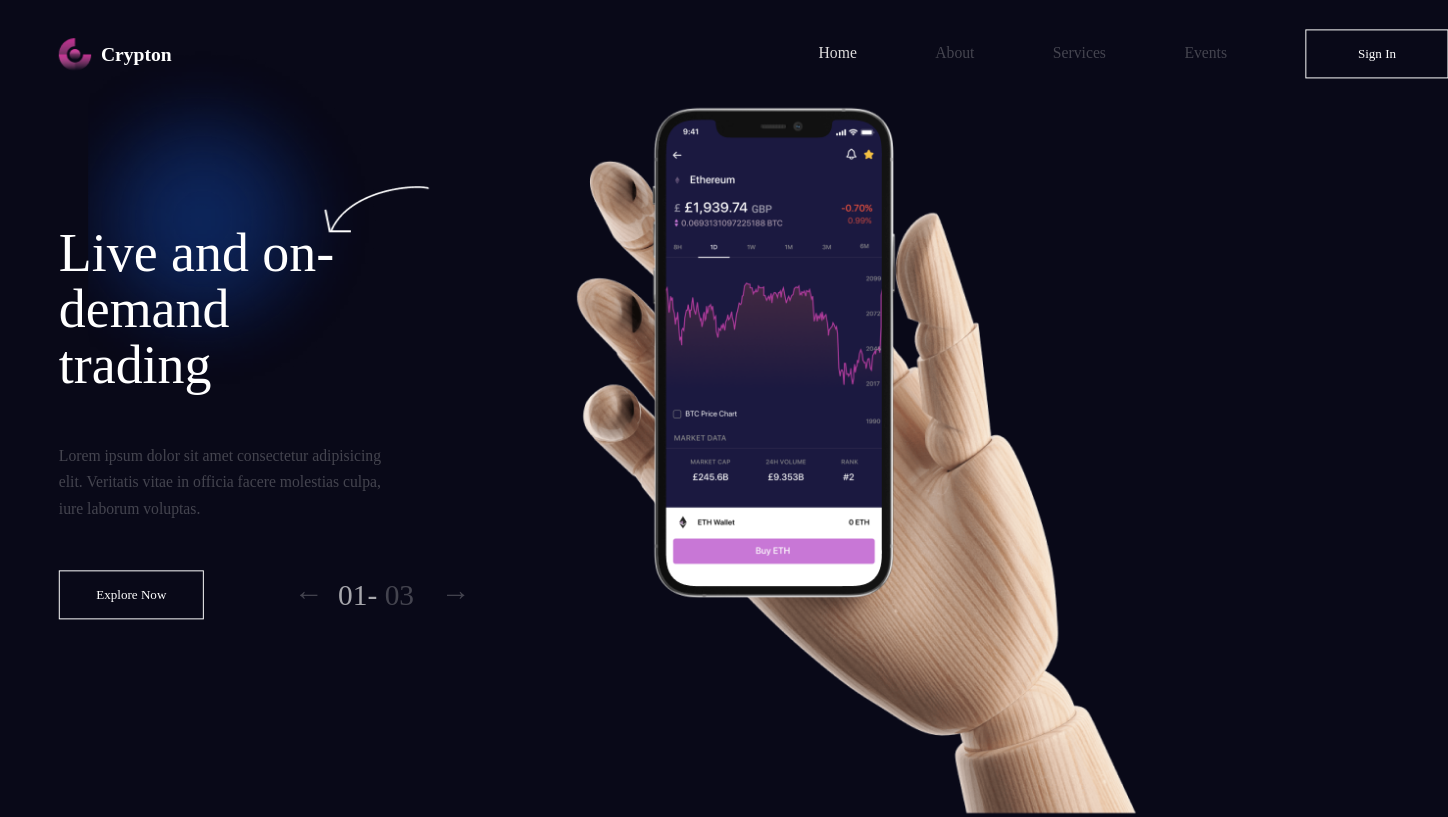
Repository: isaacCodes1/Crypton-Website
Page: index.html
These files come from the project's save history. The page is drawn as it stood at one moment and after the next save; the edit follows.
The browser window is 1280 px wide. The page is 1478 px wide, so the pictures cover 1478 px, including what lies to the right of the window. The pictures show the whole page, at 98% of full size.

Above is the page before, as saved 2024-05-14 20:53:05.

### index.html
<!DOCTYPE html>
<html lang="en">
  <head>
    <meta charset="UTF-8" />
    <meta name="viewport" content="width=device-width, initial-scale=1.0" />
    <link rel="stylesheet" href="style.css" />
    <title>Crypton HomePage</title>
  </head>
  <body>
    <header>
      <nav>
        <div class="headerGen">
          <div class="logo">
            <img class="logoImage" src="/Assets/Group 605.png" alt="" />
            <p class="logoText">Crypton</p>
            <ul>
              <li>Home</li>
              <li style="color: #d6d5d54a">About</li>
              <li style="color: #d6d5d54a">Services</li>
              <li style="color: #d6d5d54a">Events</li>
              <button class="sign">Sign In</button>
            </ul>
          </div>
        </div>
      </nav>
    </header>
    <section>
      <div class="firstSectionGeneral">
        <div class="liveTexts">
          <h1 class="liveText"><span><img class="shadow" src="/Assets/shadow.png" alt=""></span><span><img class="arrow" src="/Assets/Arrow_03.png" alt=""></span>Live and on-demand trading</h1>
          <p class="lorem">
            Lorem ipsum dolor sit amet consectetur adipisicing elit. Veritatis
            vitae in officia facere molestias culpa, iure laborum voluptas.
          </p>
          <button class="explore">Explore Now</button>
          <span class="rArrow">&#8592;</span>
          <p class="innerP">01- <span class="theBrownNumber">03</span></p>
          <span class="lArrow">&#8594;</span>
        </div>
      </div>
    </section>
    <section>
      <div class="handDiv">
        <div class="woodenHand">
          <img class="wood" src="/Assets/iPhone 12 Pro (Wooden Hands).png
          " alt="">
          <img src="/Assets/Hand.png" alt="">
        </div>
      </div>
    </section>
  </body>
</html>

### style.css
    * {
    margin: 0;
    padding: 0;
    box-sizing: border-box;
    font-family: "poppins";
    }
body{
    background-color: rgb(9, 9, 24);
}
/* NavBar */
.logo {
    display: flex;
    align-items: center;
    gap: 10px;
    padding-top: 30px;
    margin-left: 60px;
    margin-bottom: 150px;
    cursor: pointer;
}
.logoText{
    font-size: 20px;
    color: #fff;
    margin-right: 650px;
    font-weight: 600;
}
.logo ul{
    display: flex;
    color: #dedcdc;
    list-style: none;
    gap: 80px;
    display: flex;
    align-items: center;
    cursor: pointer;
}
    .logo ul li {
        list-style: none;
        display: inline-block;
        /* padding: 8px 12px; */
        position: relative;
    }
    .logo ul li::after {
        content: "";
        width: 0%;
        height: 2px;
        background: #fff;
        display: block;
        margin: auto;
        transition: 0.5s;
    }
    .logo ul li:hover::after {
        width: 70%;
    }

.sign{
    width: 146px;
    height: 50px;
    border: 1px solid #fff;
    background: transparent;
    color: #fff;
    cursor: pointer;
}
/* Landing Page */
.liveTexts{
    /* display: flex; */
}
.liveText{
    display: flex;
    flex-direction: column;
    font-size: 55px;
    width: 340px;
    line-height: 57px;
    color: #fff;
    margin-left: 60px;
    font-weight: normal;
    margin-bottom: 50px;
}
.shadow{
    width: 25%;
    position: absolute;
    top: 20px;
    left: 90px;
    z-index: -1;
}
.lorem{
    color: #d6d5d54a;
    width: 27%;
    margin-left: 60px;
    line-height: 27px;
    margin-bottom: 50px;
}
.explore{
    margin-left: 60px;
    width: 148px;
    height: 50px;
    background: transparent;
    color: #fff;
    border: 1px solid #fff;
}
.arrow{
    position: absolute;
    top: 120px;
    left: 290px;
}
.rArrow{
    position: absolute;
    font-size: 30px;
    top: 585px;
    left: 300px;
    margin-right: 200px;
    color: #d6d5d54a;
    display: flex;
    align-items: center;
}
.lArrow{
    position: absolute;
    font-size: 30px;
    top: 585px;
    left: 450px;
    color: #d6d5d54a;
    display: flex;
    align-items: center;
}
.innerP{
    position: absolute;
    left: 345px;
    top: 590px;
    color: #ffffffa4;
    font-size: 30px;
}
.theBrownNumber{
    color: #d6d5d54a;
}
/* Wooden Hand Image */
.handDiv{
    display: flex;
    position: absolute;
    top: 150px;
    right: 120px;
}
.wood{
    position: absolute;
    right: 246px;
    top: -40px;
}

After the next save:
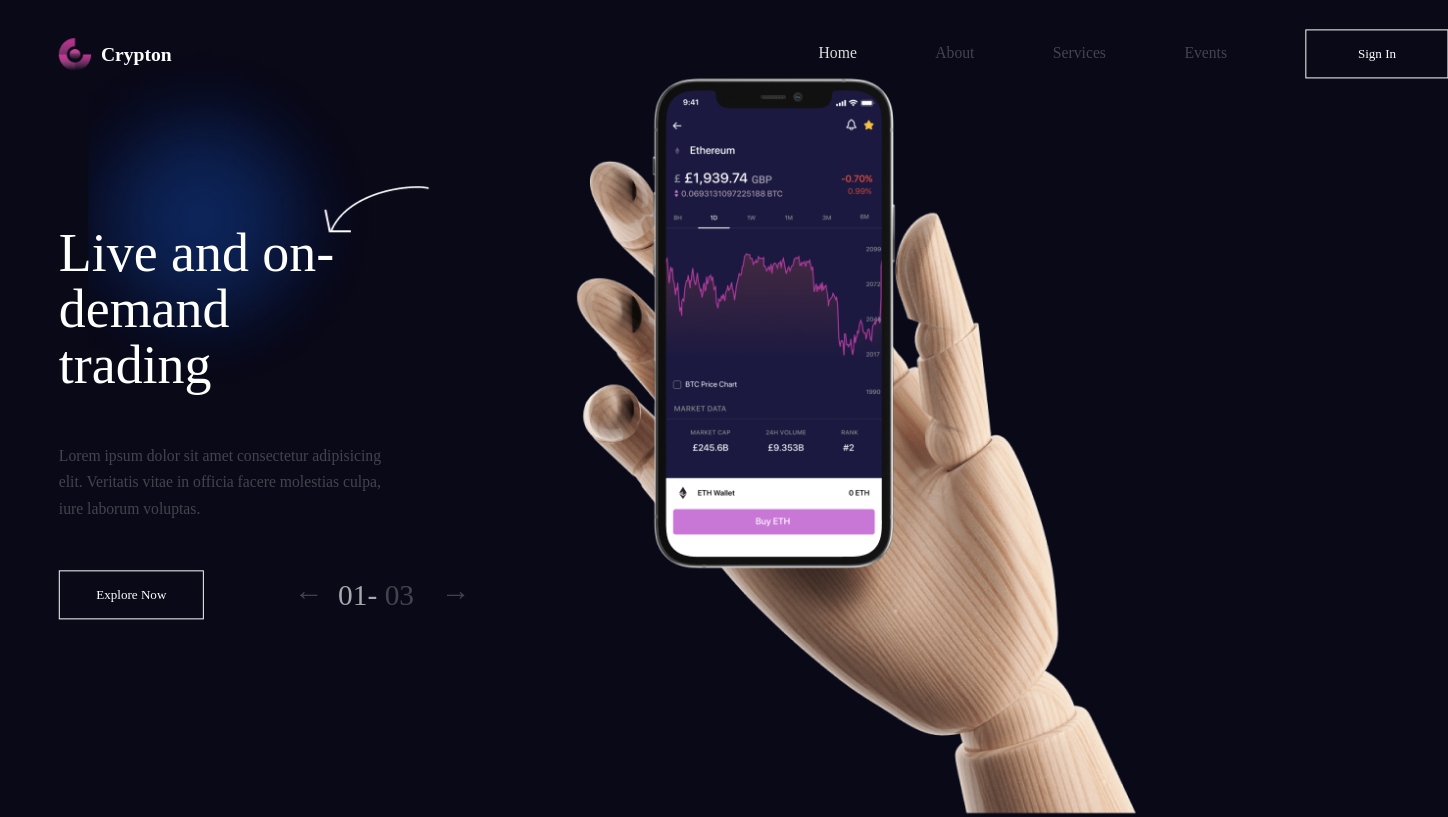
Saved 6 s later.
--- a/style.css
+++ b/style.css
@@ -140,5 +140,5 @@ body{
 .wood{
     position: absolute;
     right: 246px;
-    top: -40px;
+    top: -70px;
 }
